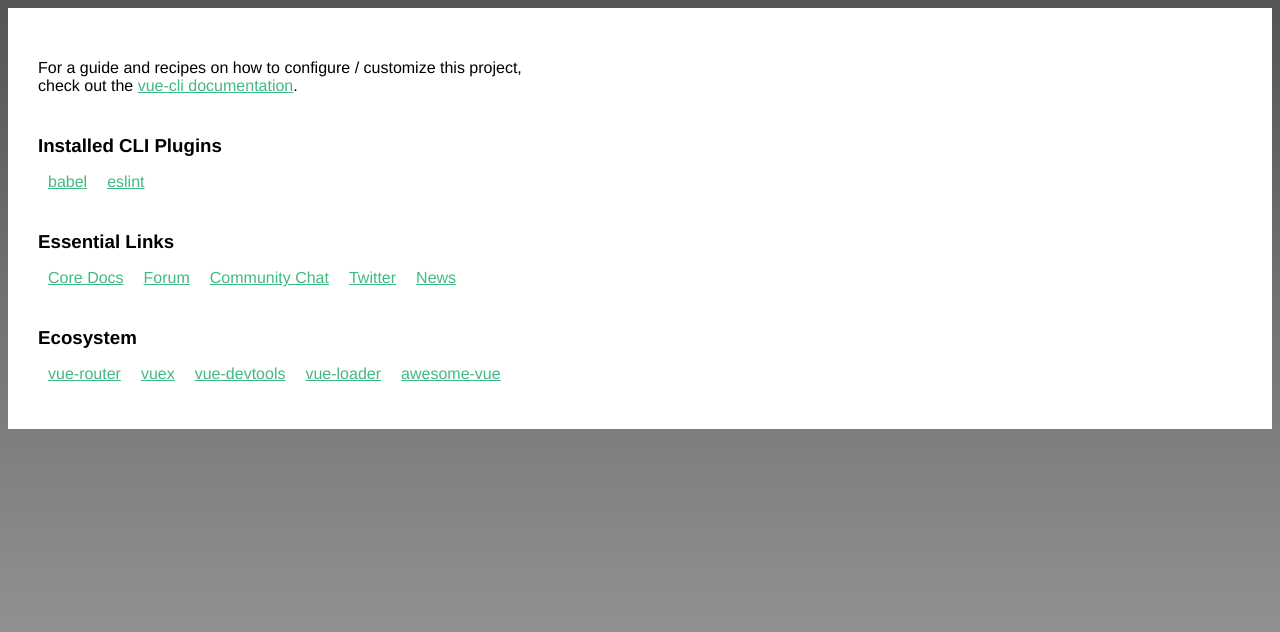
Repository: nickarocho/build-a-bot
Page: /
The author's editor kept a copy of each file at every save. The page is drawn from the files as they stood at one save, then again after the next save.
The browser window is 1280 px wide. The pictures show the whole page.
The project was rebuilt for these pictures with package versions that can differ from the ones it lists, and the page was loaded fresh each time.

Above is the page before, as saved 2019-11-19 12:15:19.

### src/App.vue
<template>
  <div id="app">
    <main>
      <HomePage/>
    </main>
  </div>
</template>

<script>
import HomePage from './components/HomePage.vue';

export default {
  name: 'app',
  components: {
    HomePage,
  },
};
</script>

<style>
body {
  background: linear-gradient(to bottom, #555, #999);
  background-attachment: fixed;
}
#app {
  font-family: 'Avenir', Helvetica, Arial, sans-serif;
}
main {
  margin: 0 auto;
  padding: 30px;
  background-color: white;

}
</style>

### src/components/HomePage.vue
<template>
  <div class="hello">
    <h1>{{ msg }}</h1>
    <p>
      For a guide and recipes on how to configure / customize this project,<br>
      check out the
      <a href="https://cli.vuejs.org" target="_blank" rel="noopener">vue-cli documentation</a>.
    </p>
    <h3>Installed CLI Plugins</h3>
    <ul>
      <li><a href="https://github.com/vuejs/vue-cli/tree/dev/packages/%40vue/cli-plugin-babel" target="_blank" rel="noopener">babel</a></li>
      <li><a href="https://github.com/vuejs/vue-cli/tree/dev/packages/%40vue/cli-plugin-eslint" target="_blank" rel="noopener">eslint</a></li>
    </ul>
    <h3>Essential Links</h3>
    <ul>
      <li><a href="https://vuejs.org" target="_blank" rel="noopener">Core Docs</a></li>
      <li><a href="https://forum.vuejs.org" target="_blank" rel="noopener">Forum</a></li>
      <li><a href="https://chat.vuejs.org" target="_blank" rel="noopener">Community Chat</a></li>
      <li><a href="https://twitter.com/vuejs" target="_blank" rel="noopener">Twitter</a></li>
      <li><a href="https://news.vuejs.org" target="_blank" rel="noopener">News</a></li>
    </ul>
    <h3>Ecosystem</h3>
    <ul>
      <li><a href="https://router.vuejs.org" target="_blank" rel="noopener">vue-router</a></li>
      <li><a href="https://vuex.vuejs.org" target="_blank" rel="noopener">vuex</a></li>
      <li><a href="https://github.com/vuejs/vue-devtools#vue-devtools" target="_blank" rel="noopener">vue-devtools</a></li>
      <li><a href="https://vue-loader.vuejs.org" target="_blank" rel="noopener">vue-loader</a></li>
      <li><a href="https://github.com/vuejs/awesome-vue" target="_blank" rel="noopener">awesome-vue</a></li>
    </ul>
  </div>
</template>

<script>
export default {
  name: 'HomePage',
  props: {
    msg: String,
  },
};
</script>

<!-- Add "scoped" attribute to limit CSS to this component only -->
<style scoped>
h3 {
  margin: 40px 0 0;
}
ul {
  list-style-type: none;
  padding: 0;
}
li {
  display: inline-block;
  margin: 0 10px;
}
a {
  color: #42b983;
}
</style>

Loaded but not shown: public/index.html (common file); src/main.js (common file)

After the next save:
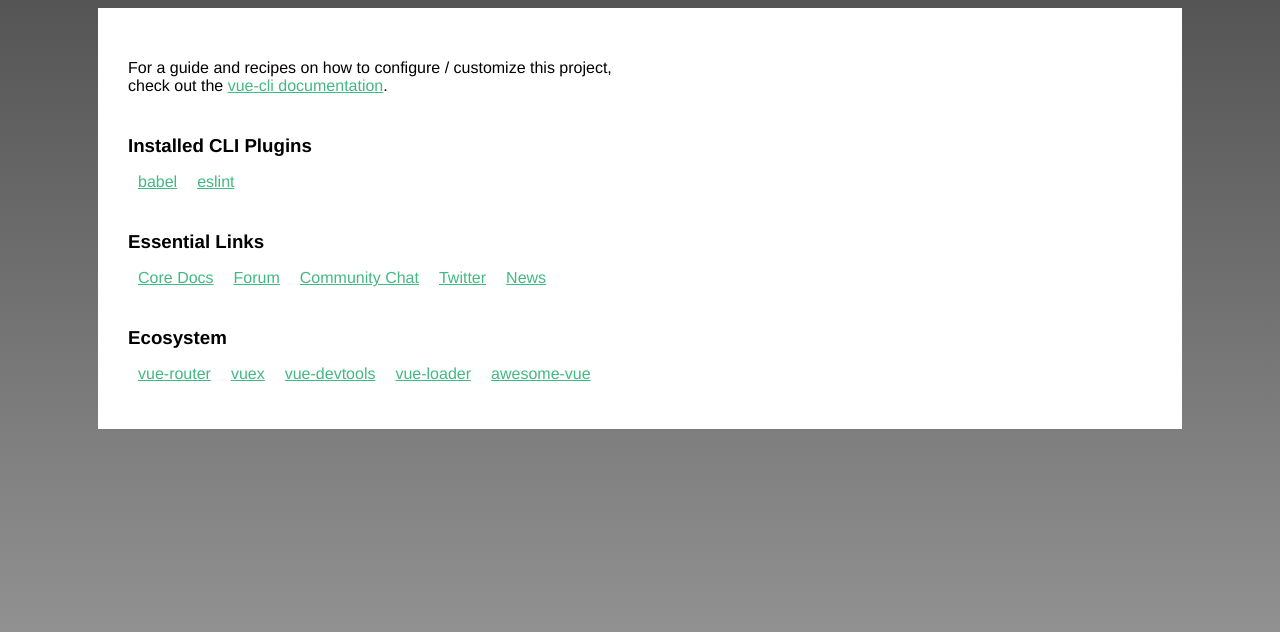
Saved 10 s later.
--- a/src/App.vue
+++ b/src/App.vue
@@ -29,6 +29,7 @@
   margin: 0 auto;
   padding: 30px;
   background-color: white;
-
+width: 1024px;
+min-height: 300px;
 }
 </style>
